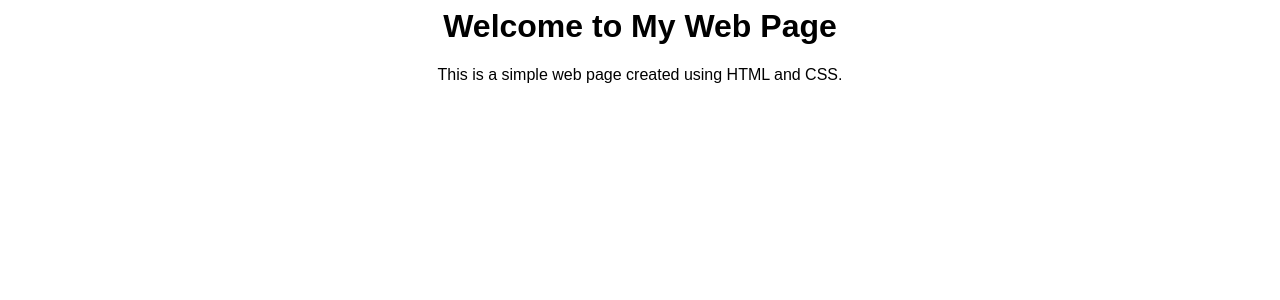
Repository: AdityaTech-Pro/FullStackWithBridgelabz
Page: Assignment2/Data_List/index.html
These files come from the project's save history. The page is drawn as it stood at one moment and after the next save; the edit follows.
The browser window is 1280 px wide. The pictures show the whole page.

Above is the page before, as saved 2025-10-15 09:09:37.

After the next save:
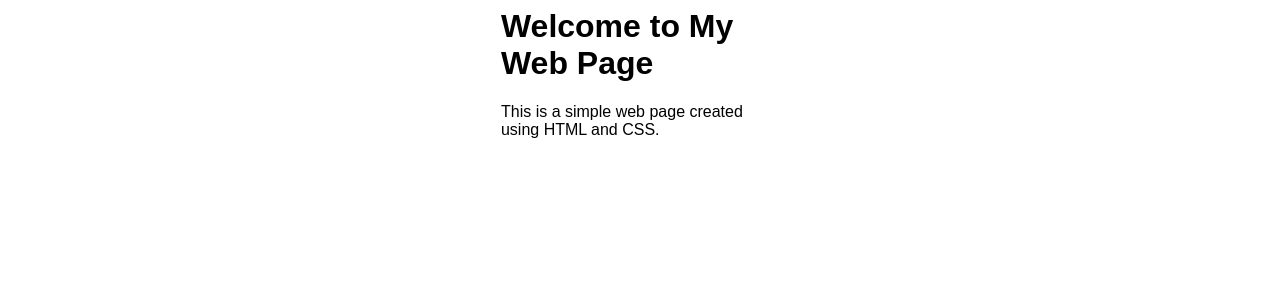
Saved 43 s later.
--- a/Assignment2/Data_List/index.html
+++ b/Assignment2/Data_List/index.html
@@ -7,7 +7,10 @@
         }
 
         .center {
-            text-align: center;
+            display: block;
+            margin-left: auto;
+            margin-right: auto;
+            width: 22%;
         }
     </style>
 </head>
